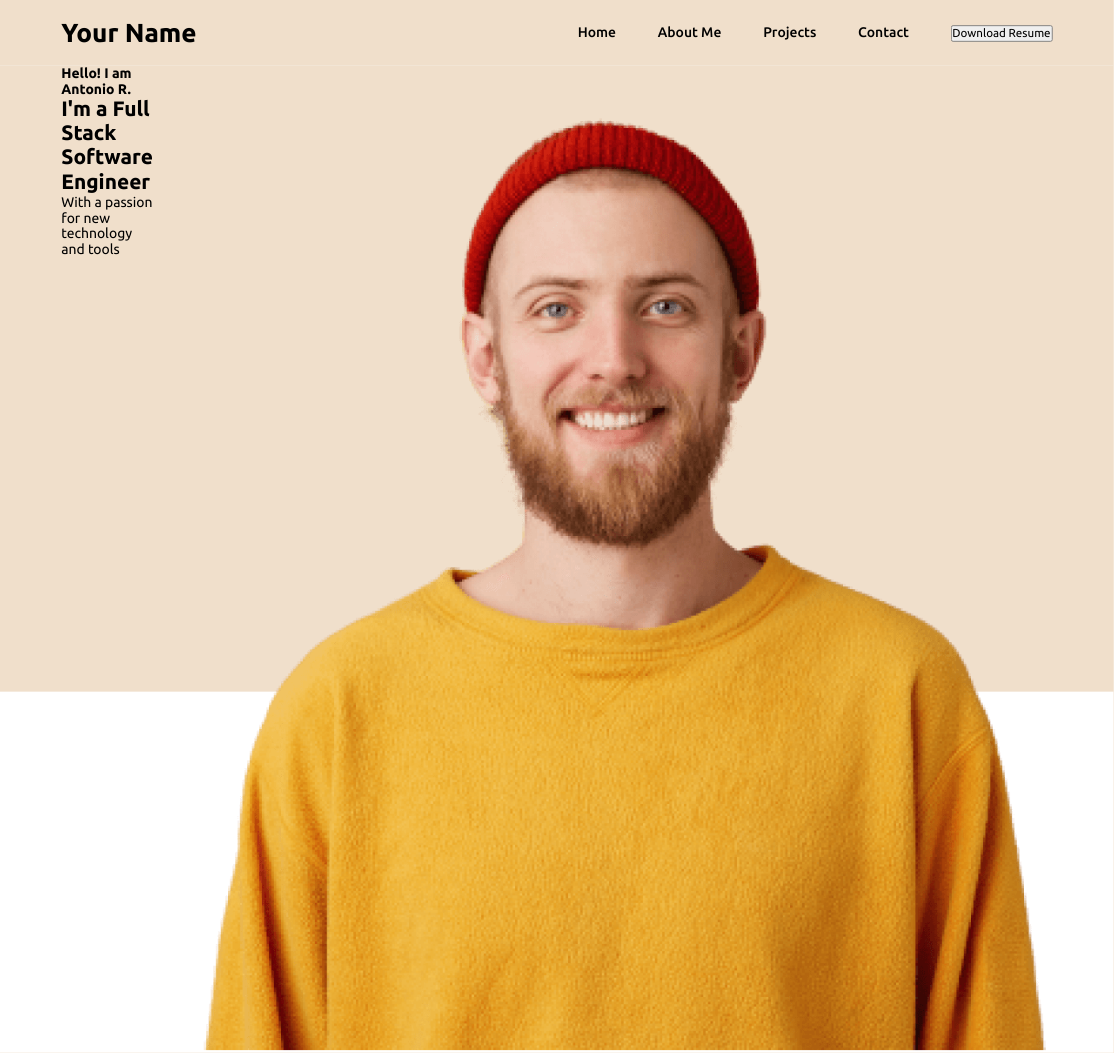
Repository: DevAntonioRogers/vanilla-portfolio
Page: index.html
An editor plug-in stored every save of this project. The page is shown before and after the next save, followed by the edit.
The browser window is 1280 px wide. The pictures show the whole page, at 87% of full size.

Above is the page before, as saved 2023-07-14 16:21:08.

### index.html
<!DOCTYPE html>
<html lang="en">
  <head>
    <meta charset="UTF-8" />
    <meta name="viewport" content="width=device-width, initial-scale=1.0" />
    <link rel="stylesheet" href="style.css" />
    <title>Antonio Rogers</title>
  </head>
  <body>
    <nav>
      <div class="container navbar">
        <a href="/" aria-label="Home"> <h1>Your Name</h1></a>
        <ul>
          <li>
            <a href="/" aria-label="Home">Home</a>
          </li>
          <li>
            <a href="/" aria-label="About Me">About Me</a>
          </li>
          <li>
            <a href="/" aria-label="Projects">Projects</a>
          </li>
          <li>
            <a href="/" aria-label="Contact">Contact</a>
          </li>
          <li>
            <a href="/resume.pdf" download aria-label="Download Resume">
              <button class="navbar-button">Download Resume</button>
            </a>
          </li>
        </ul>
      </div>
    </nav>

    <section class="hero">
      <div class="container hero-container">
        <div>
          <h4>Hello! I am Antonio R.</h4>
          <h1>I'm a Full Stack Software Engineer</h1>
          <p>With a passion for new technology and tools</p>
        </div>

        <div>
          <img src="./software.png" alt="" />
        </div>
      </div>
    </section>
  </body>
</html>

### style.css
@import url("https://fonts.googleapis.com/css2?family=Ubuntu:wght@300;400;500;700&display=swap");

* {
  box-sizing: border-box;
  padding: 0;
  margin: 0;
  font-family: "Ubuntu", sans-serif;
}

a {
  text-decoration: none;
  color: inherit;
}

li {
  list-style: none;
}

.container {
  width: 89%;
  margin: auto;
  max-width: 1500px;
}

nav {
  background: #f0dfcb;
  padding: 20px 0;
}

.navbar {
  display: flex;
  justify-content: space-between;
  align-items: center;
}

.navbar h1 {
  font-size: 30px;
  font-weight: 700;
}

.navbar ul {
  display: flex;
  gap: 3rem;
}

.navbar ul li {
  font-weight: 500;
}

/* HERO STYLES */

.hero {
  background-color: #f0dfcb;
  height: 100vh;
}

.hero-container {
  display: grid;
  grid-template-columns: 1fr 1fr;
}

After the next save:
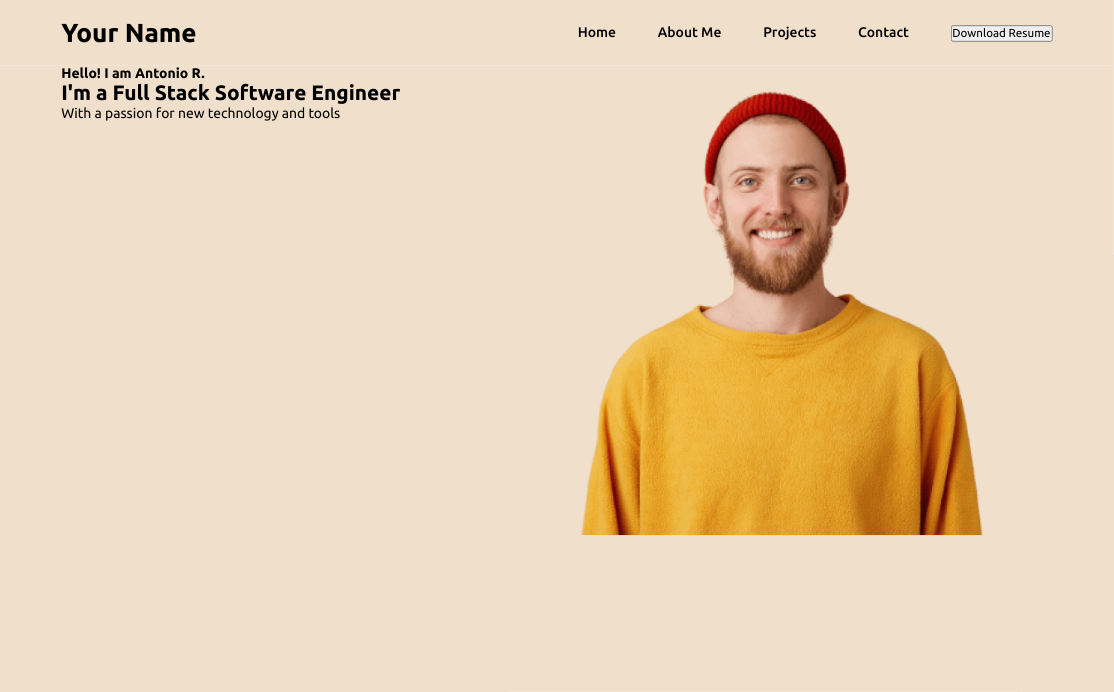
Saved 89 s later.
--- a/style.css
+++ b/style.css
@@ -58,3 +58,7 @@ nav {
   display: grid;
   grid-template-columns: 1fr 1fr;
 }
+
+.hero-container img {
+  height: 540px;
+}
